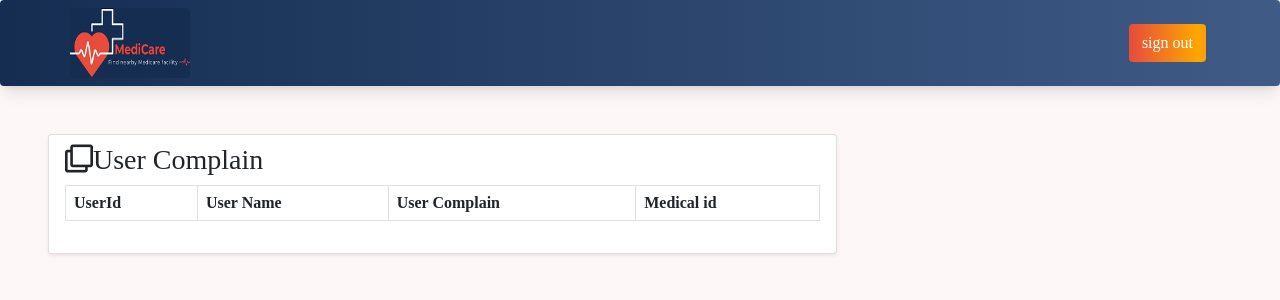
Repository: TanviRathore/Online-medicare-backend
Page: http://localhost/Medicare/showComp.jsp
An editor plug-in stored every save of this project. The page is shown before and after the next save, followed by the edit.
The browser window is 1280 px wide. The pictures show the whole page.
Some web libraries are served in a nearby version. The page is served by Tomcat 9. Queries for data that is not in the repository find no rows.

Above is the page before, as saved 2022-04-28 09:29:55.

After the next save:
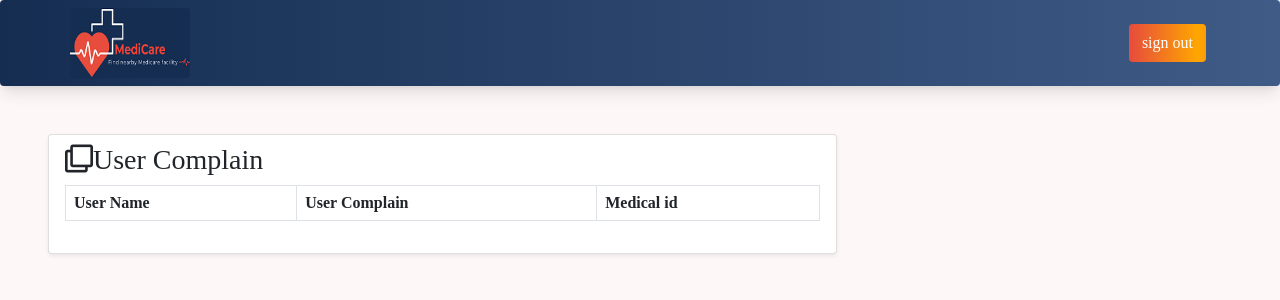
Saved 13 s later.
--- a/Medicare/WebContent/showComp.jsp
+++ b/Medicare/WebContent/showComp.jsp
@@ -48,7 +48,7 @@
           </div>
           <div class="card-body pt-0">
             <table class="table table-bordered">
-            <th>UserId</th><th>User Name</th><th>User Complain</th><th>Medical id</th>
+            <th>User Name</th><th>User Complain</th><th>Medical id</th>
             <%
   Statement stmt=con.createStatement();
   String data="select * from usercomplain";
